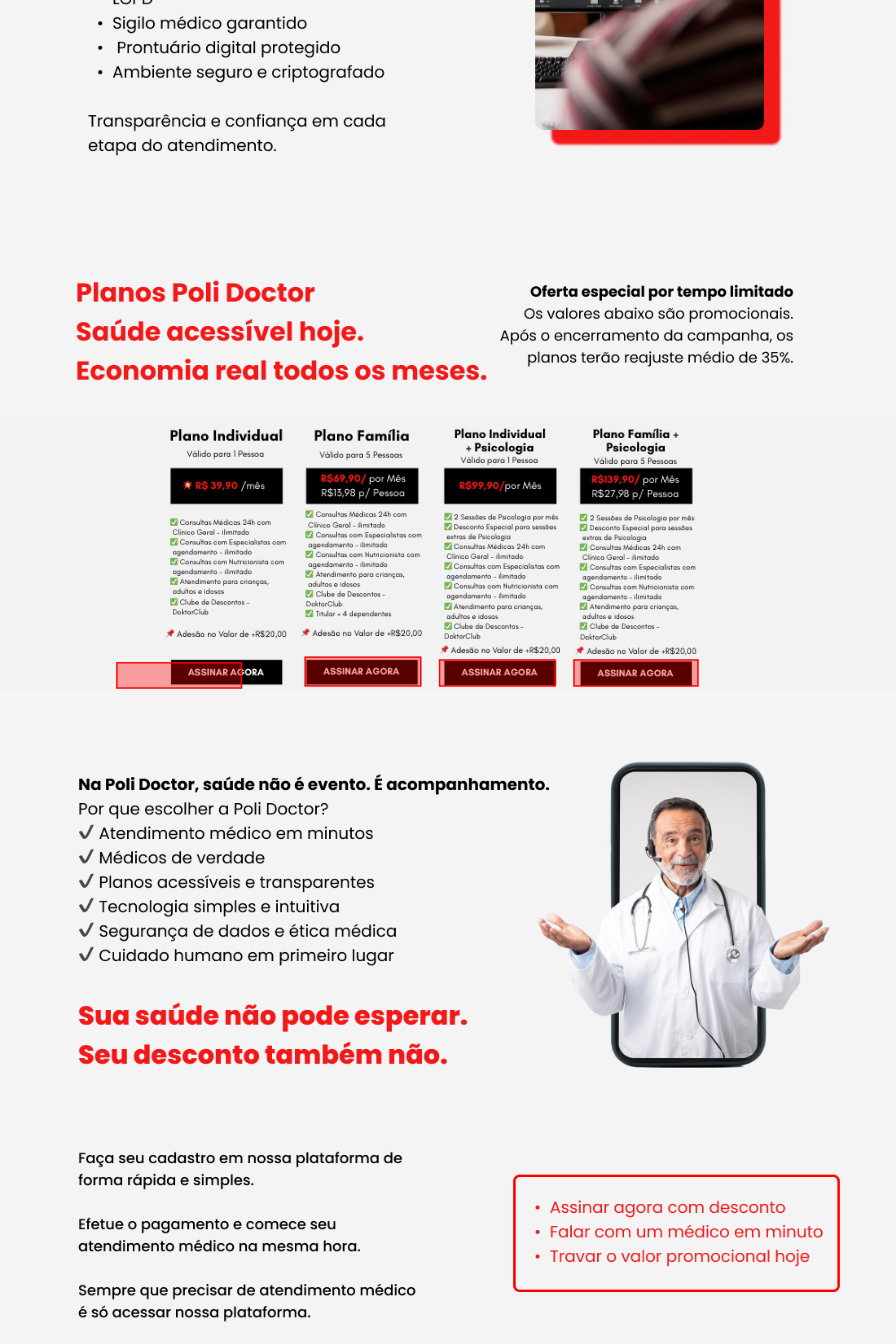
Repository: RenSkywalker/poli-doctor-landing
Page: index.html
An editor plug-in stored every save of this project. The page is shown before and after the next save, followed by the edit.
The browser window is 1280 px wide. The pictures show the part of the page from y = 2427 to 4347 px (the page is 4773 px tall), at 70% of full size.

Above is the page before, as saved 2026-02-13 23:59:01.

After the next save:
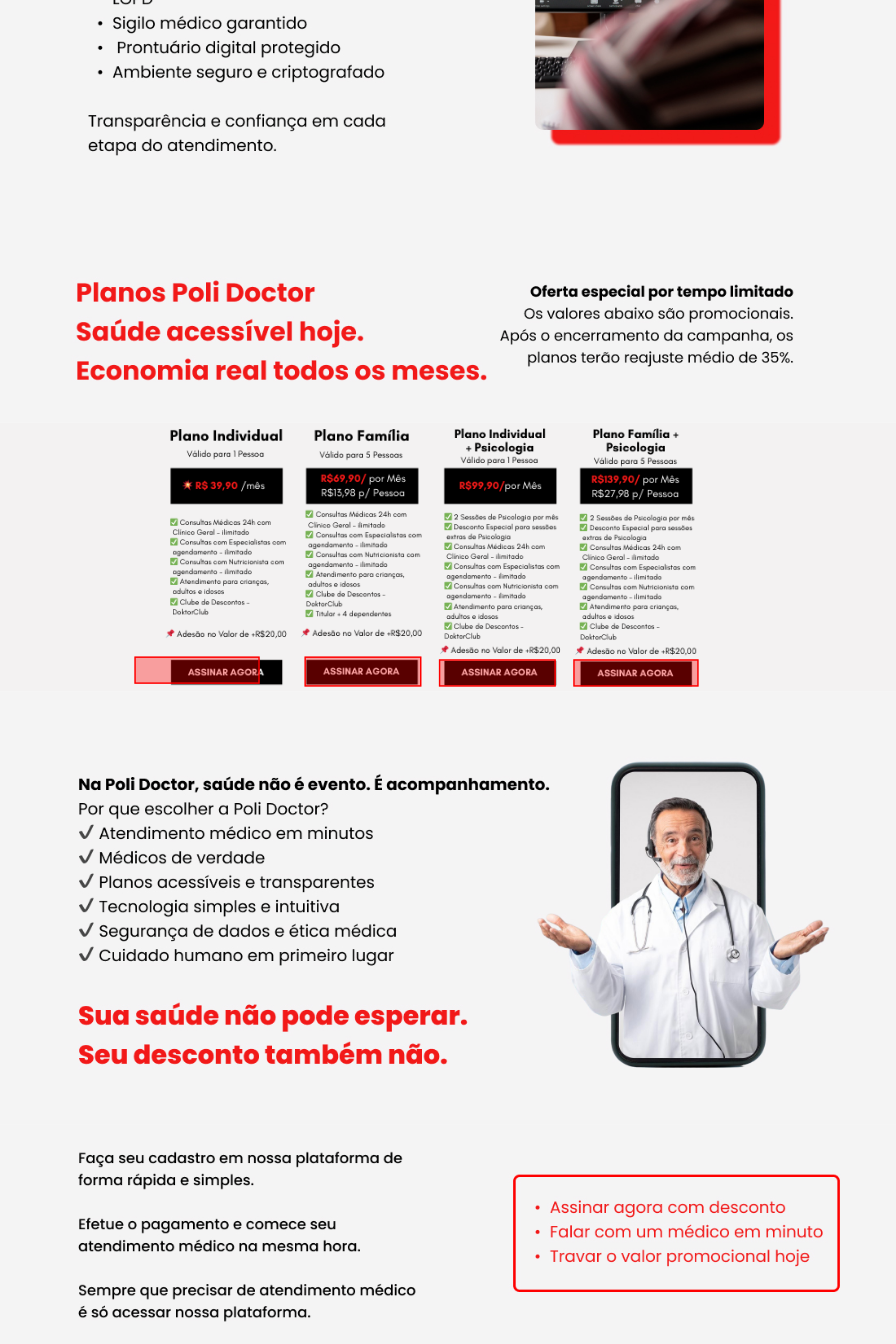
Saved 6 s later.
--- a/css/style.css
+++ b/css/style.css
@@ -407,8 +407,8 @@
 
 /* 🔴 LINHA SUPERIOR (4 planos) */
 .plano-1 {
-  left: 13%;
-  top: 89%;
+  left: 15%;
+  top: 87%;
   width: 14%;
   height: 10%;
 }
